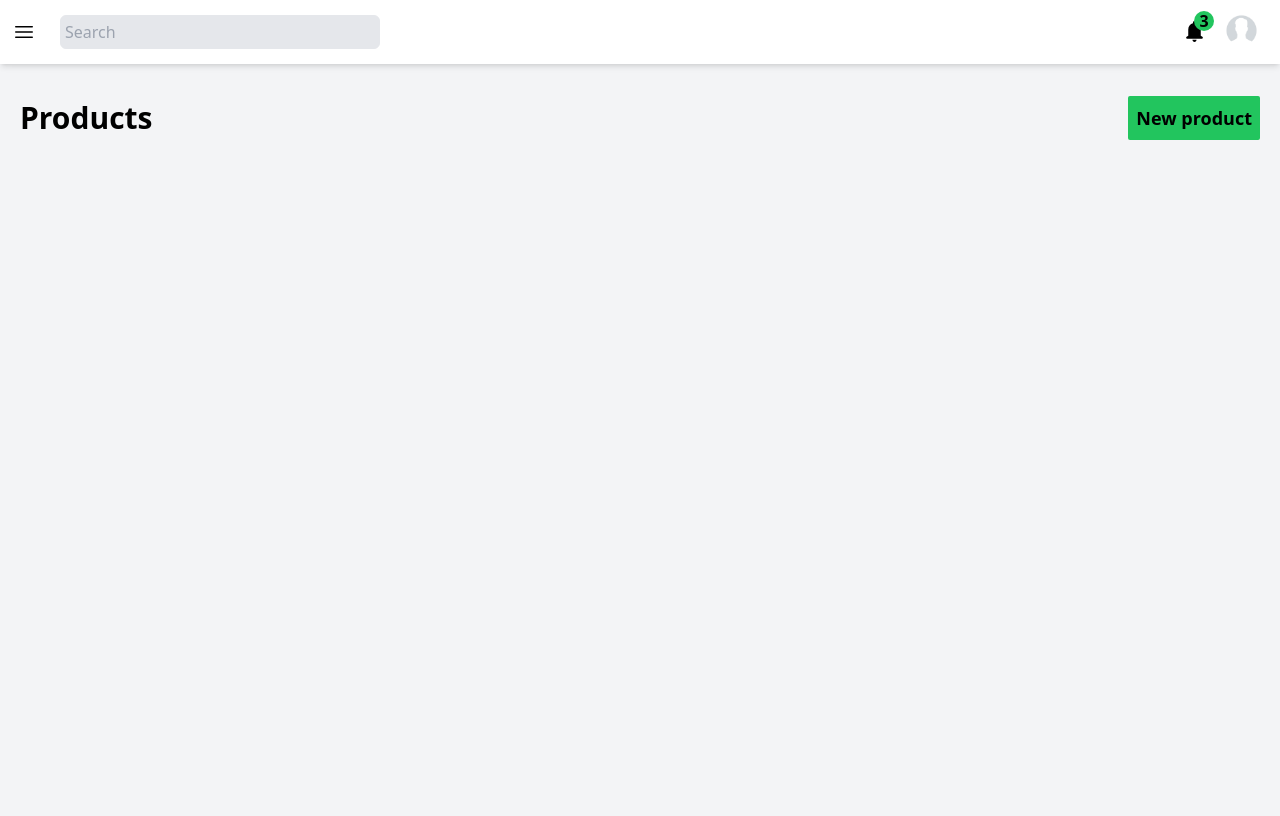
Repository: IssaMuiz/ifarmstock-admin
Page: /products
The author's editor kept a copy of each file at every save. The page is drawn from the files as they stood at one save, then again after the next save.
The browser window is 1280 px wide. The pictures show the whole page.
The page's requests for data from a server got no answer. The project was rebuilt for these pictures with package versions that can differ from the ones it lists, and the page was loaded fresh each time. The framework's server and built-in components were replaced by stand-ins that run in the browser. No one was signed in, and anything a server would have sent is missing. Also part of the build but not shown: next.config.mjs.

Above is the page before, as saved 2024-10-12 14:58:32.

After the next save:
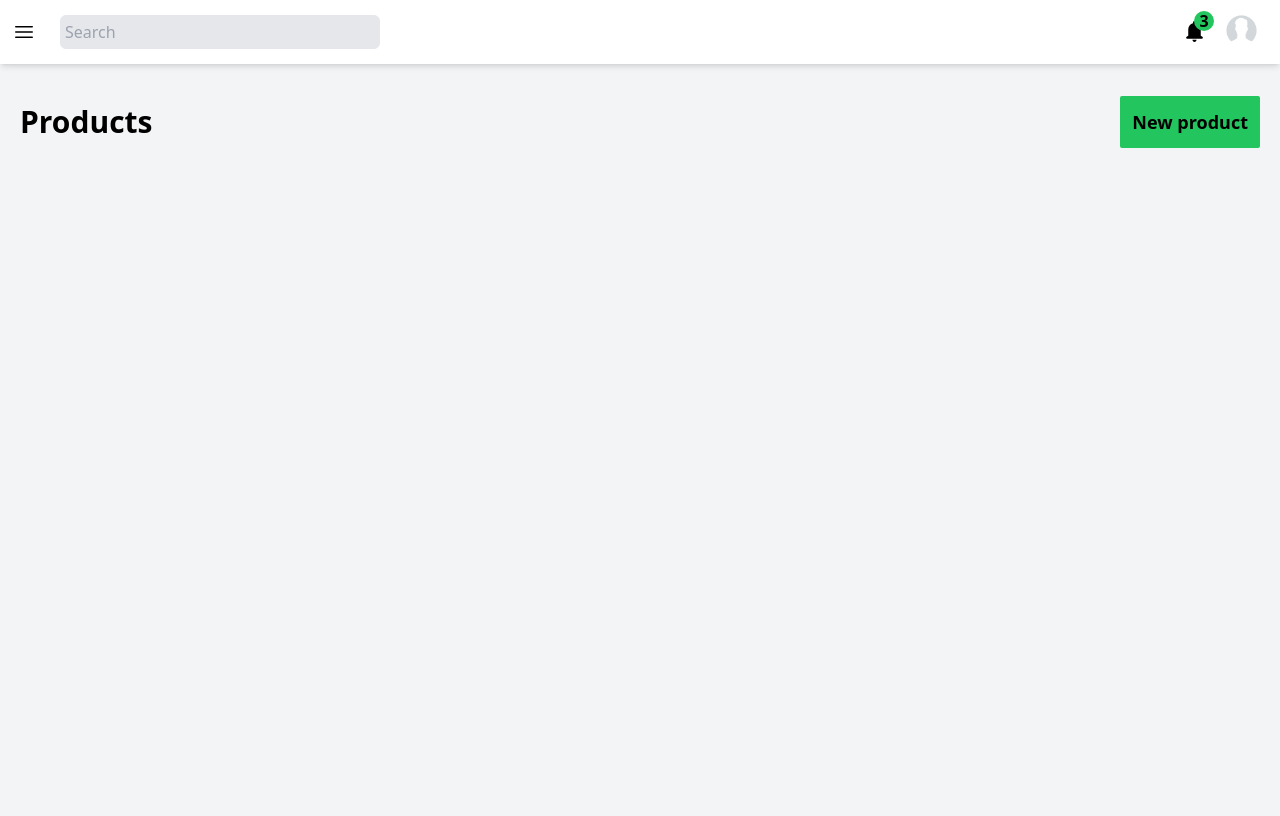
Saved 12 s later.
--- a/app/products/page.tsx
+++ b/app/products/page.tsx
@@ -7,7 +7,7 @@ const Products = () => {
         <h1 className="text-3xl font-semibold">Products</h1>
         <button
           type="button"
-          className="p-2 font-semibold text-lg bg-green-500 hover:bg-green-600 rounded-sm"
+          className="p-3 font-semibold text-lg bg-green-500 hover:bg-green-600 rounded-sm"
         >
           New product
         </button>
